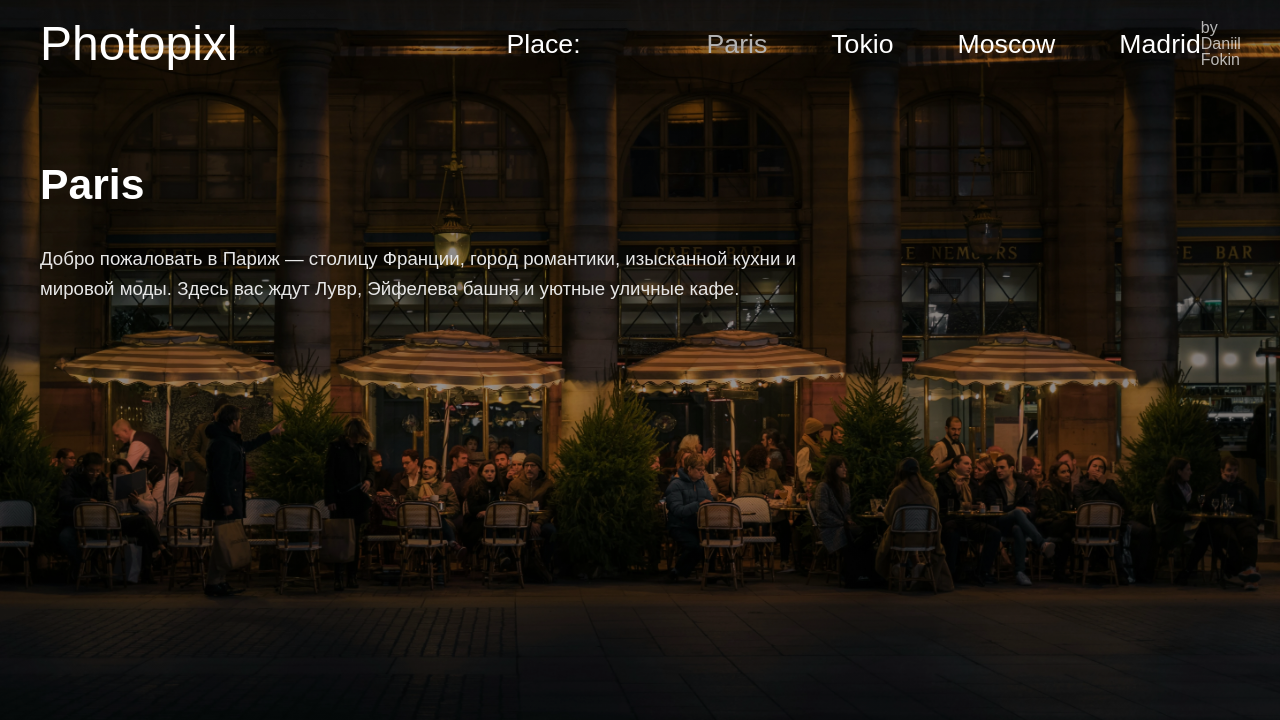
Repository: git-daniil/place-site
Page: index.html
An editor plug-in stored every save of this project. The page is shown before and after the next save, followed by the edit.
The browser window is 1280 px wide. The pictures show the whole page.
Some web fonts or font styles are not loaded; a fallback is used.

Above is the page before, as saved 2026-05-20 13:35:47.

### index.html
<!DOCTYPE html>
<html lang="ru">
<head>
    <meta charset="UTF-8">
    <meta name="viewport" content="width=device-width, initial-scale=1.0">
    <title>Photopixl — Paris</title>
    <link rel="stylesheet" href="style.css">
</head>
<body class="paris-page">

    <div class="progress-bar-container">
        <div class="progress-bar"></div>
        <div class="preloader-center-text">
            <div class="preloader-logo">Photopixl</div>
            <div class="preloader-author">by Daniil Fokin</div>
        </div>
    </div>

    <div class="page-wrapper">
        <nav class="navbar">
            <a href="index.html" class="logo">Photopixl</a>
            <div class="place-label">Place:</div>
            <div class="nav-links">
                <a href="index.html" class="city-link active">Paris</a>
                <a href="tokio.html" class="city-link">Tokio</a>
                <a href="moscow.html" class="city-link">Moscow</a>
                <a href="madrid.html" class="city-link">Madrid</a>
            </div>
            <div class="author-label">by Daniil Fokin</div>
        </nav>

        <section class="paris-bg-1 scroll-section">
            <main class="content-section anim-text">
                <h1>Paris</h1>
                <p>Добро пожаловать в Париж — столицу Франции, город романтики, изысканной кухни и мировой моды. Здесь вас ждут Лувр, Эйфелева башня и уютные уличные кафе.</p>
            </main>
        </section>

        <section class="paris-bg-2 scroll-section">
            <main class="content-section anim-text">
                <h1>Атмосфера старого города</h1>
                <p>Прогуляйтесь по Монмартру, загляните в аутентичные дворики и пройдитесь по тихим мощеным улочкам, где до сих пор витает дух старого Парижа и пахнет свежими круассанами.</p>
            </main>
        </section>

        <section class="paris-bg-3 scroll-section">
            <main class="content-section anim-text">
                <h1>Вечерние огни Сены</h1>
                <p>Когда на город опускаются сумерки, тысячи огней отражаются в воде. Прогулка на речном трамвайчике откроет для вас совершенно другой, магический Париж.</p>
            </main>
        </section>

        <section class="paris-bg-4 scroll-section">
            <main class="content-section anim-text">
                <h1>Сокровища Лувра</h1>
                <p>Один из крупнейших и величайших музеев мира хранит в себе шедевры искусства разных эпох. Проведите день среди великой истории, архитектуры и бессмертных творений.</p>
            </main>
        </section>

        <section class="paris-bg-5 scroll-section">
            <main class="content-section anim-text">
                <h1>Триумфальная арка</h1>
                <p>Величественный монумент на площади Шарля де Голля, ставший символом побед и национальной гордости Франции. Отсюда открывается один из лучших видов на Елисейские поля.</p>
            </main>
        </section>

        <section class="paris-bg-6 scroll-section">
            <main class="content-section anim-text">
                <h1>Эйфелева башня</h1>
                <p>Главный и самый узнаваемый символ не только Парижа, но и всей Франции. Её изящный силуэт восхищает в любое время суток, а вечерняя иллюминация создает ощущение настоящей сказки.</p>
            </main>
        </section>

        <section class="paris-bg-7 scroll-section">
            <main class="content-section anim-text">
                <h1>Парижский туман</h1>
                <p>Загадочные окутанные дымкой улочки раскрывают меланхоличную и кинематографичную сторону города. В такие моменты Париж кажется особенно уединенным и поэтичным.</p>
            </main>
        </section>

        <section class="paris-bg-8 scroll-section thanks-section">
            <div class="thanks-text anim-text">
                Спасибо за внимание
            </div>
        </section>
    </div>

    <script {nonce}>
        window.addEventListener('load', function() {
            const progressBar = document.querySelector('.progress-bar');
            const pageWrapper = document.querySelector('.page-wrapper');
            const progressContainer = document.querySelector('.progress-bar-container');

            progressBar.style.width = '100%';

            setTimeout(() => {
                progressContainer.style.opacity = '0';
                pageWrapper.classList.add('loaded');

                setTimeout(() => {
                    progressContainer.style.display = 'none';
                }, 400);
            }, 600);
        });

        let currentSection = 0;
        const sections = document.querySelectorAll('.scroll-section');
        let isScrolling = false;

        window.addEventListener('wheel', function(e) {
            if (!document.body.classList.contains('paris-page')) return;
            if (!document.querySelector('.page-wrapper').classList.contains('loaded')) {
                e.preventDefault();
                return;
            }

            e.preventDefault();

            if (isScrolling) return;
            if (Math.abs(e.deltaY) < 60) return;

            isScrolling = true;

            if (e.deltaY > 0) {
                if (currentSection < sections.length - 1) currentSection++;
            } else {
                if (currentSection > 0) currentSection--;
            }

            sections[currentSection].scrollIntoView({ behavior: 'smooth' });

            setTimeout(() => {
                isScrolling = false;
            }, 1000);
        }, { passive: false });

        const observer = new IntersectionObserver((entries) => {
            entries.forEach(entry => {
                if (entry.isIntersecting) {
                    entry.target.classList.add('visible');
                } else {
                    entry.target.classList.remove('visible');
                }
            });
        }, { threshold: 0.3 });

        document.querySelectorAll('.anim-text').forEach(text => {
            observer.observe(text);
        });
    </script>

</body>
</html>

### style.css
@font-face {
    font-family: 'Gilroy-Regular';
    src: local('Gilroy-Regular'), url('fonts/Gilroy-Regular.woff2') format('woff2');
    font-weight: normal;
    font-style: normal;
}
@font-face {
    font-family: 'Seenonim';
    src: local('Seenonim'), url('fonts/Seenonim.woff2') format('woff2');
    font-weight: normal;
    font-style: normal;
}

html, body {
    margin: 0;
    padding: 0;
    height: 100vh;
    overflow: hidden;
    background-color: #111111;
    font-family: Arial, sans-serif;
}

.progress-bar-container {
    position: fixed;
    top: 0;
    left: 0;
    width: 100%;
    height: 3px;
    background-color: rgba(255, 255, 255, 0.1);
    z-index: 100;
    transition: opacity 0.4s ease;
}

.progress-bar {
    width: 0%;
    height: 100%;
    background-color: #ffffff;
    transition: width 0.4s ease-out;
}

.page-wrapper {
    opacity: 0;
    transition: opacity 1.2s ease-in-out;
    height: 100vh;
    overflow: hidden;
}

.page-wrapper.loaded {
    opacity: 1;
}

.navbar {
    position: fixed;
    top: 0;
    left: 0;
    right: 0;
    display: flex;
    align-items: center;
    background: none;
    padding: 20px 40px;
    z-index: 10;
}

.logo {
    font-family: 'Gilroy-Regular', sans-serif;
    font-size: 36pt;
    color: #ffffff;
    line-height: 1;
    text-decoration: none;
}

.place-label {
    font-family: 'Seenonim', sans-serif;
    font-size: 20pt;
    color: #ffffff;
    margin-left: 269px;
    line-height: 1;
}

.nav-links {
    display: flex;
    margin-left: 126px;
}

.city-link {
    font-family: 'Seenonim', sans-serif;
    font-size: 20pt;
    color: #ffffff;
    text-decoration: none;
    line-height: 1;
}

.city-link.active {
    color: #b3b3b3;
}

.city-link:not(:last-child) {
    margin-right: 64px;
}

.author-label {
    font-family: 'Seenonim', sans-serif;
    font-size: 12pt;
    color: #ffffff;
    line-height: 1;
    margin-left: auto;
    opacity: 0.7;
}

.scroll-section {
    background-size: cover;
    background-position: center;
    background-repeat: no-repeat;
    background-attachment: fixed;
    height: 100vh;
    padding-top: 100px;
    box-sizing: border-box;
}

.paris-bg-1 {
    background-image: linear-gradient(rgba(0, 0, 0, 0.4), rgba(0, 0, 0, 0.4)), url('assets/photo/paris/paris-bg.webp');
}

.paris-bg-2 {
    background-image: linear-gradient(rgba(0, 0, 0, 0.4), rgba(0, 0, 0, 0.4)), url('assets/photo/paris/paris1.webp');
}

.paris-bg-3 {
    background-image: linear-gradient(rgba(0, 0, 0, 0.4), rgba(0, 0, 0, 0.4)), url('assets/photo/paris/paris2.webp');
}

.paris-bg-4 {
    background-image: linear-gradient(rgba(0, 0, 0, 0.4), rgba(0, 0, 0, 0.4)), url('assets/photo/paris/paris3.webp');
}

.paris-bg-5 {
    background-image: linear-gradient(rgba(0, 0, 0, 0.4), rgba(0, 0, 0, 0.4)), url('assets/photo/paris/paris4.webp');
}

.paris-bg-6 {
    background-image: linear-gradient(rgba(0, 0, 0, 0.4), rgba(0, 0, 0, 0.4)), url('assets/photo/paris/paris5.webp');
}

.paris-bg-7 {
    background-image: linear-gradient(rgba(0, 0, 0, 0.4), rgba(0, 0, 0, 0.4)), url('assets/photo/paris/paris6.webp');
}

.paris-bg-8 {
    background-image: linear-gradient(rgba(0, 0, 0, 0.5), rgba(0, 0, 0, 0.5)), url('assets/photo/paris/thanks.webp');
}

.thanks-section {
    display: flex;
    justify-content: center;
    align-items: center;
    padding-top: 0;
}

.thanks-text {
    font-family: 'Gilroy-Regular', sans-serif;
    font-size: 48pt;
    color: #ffffff;
    text-align: center;
}

.content-section {
    padding: 60px 40px;
}

.content-section h1 {
    font-size: 32pt;
    margin-top: 0;
    font-family: 'Gilroy-Regular', sans-serif;
    color: #ffffff;
}

.content-section p {
    font-size: 14pt;
    color: #e6e6e6;
    line-height: 1.6;
    max-width: 800px;
}

.anim-text {
    opacity: 0;
    transform: translateY(40px);
    transition: opacity 1s ease, transform 1s ease;
    transition-delay: 0.4s;
}

.anim-text.visible {
    opacity: 1;
    transform: translateY(0);
}

After the next save:
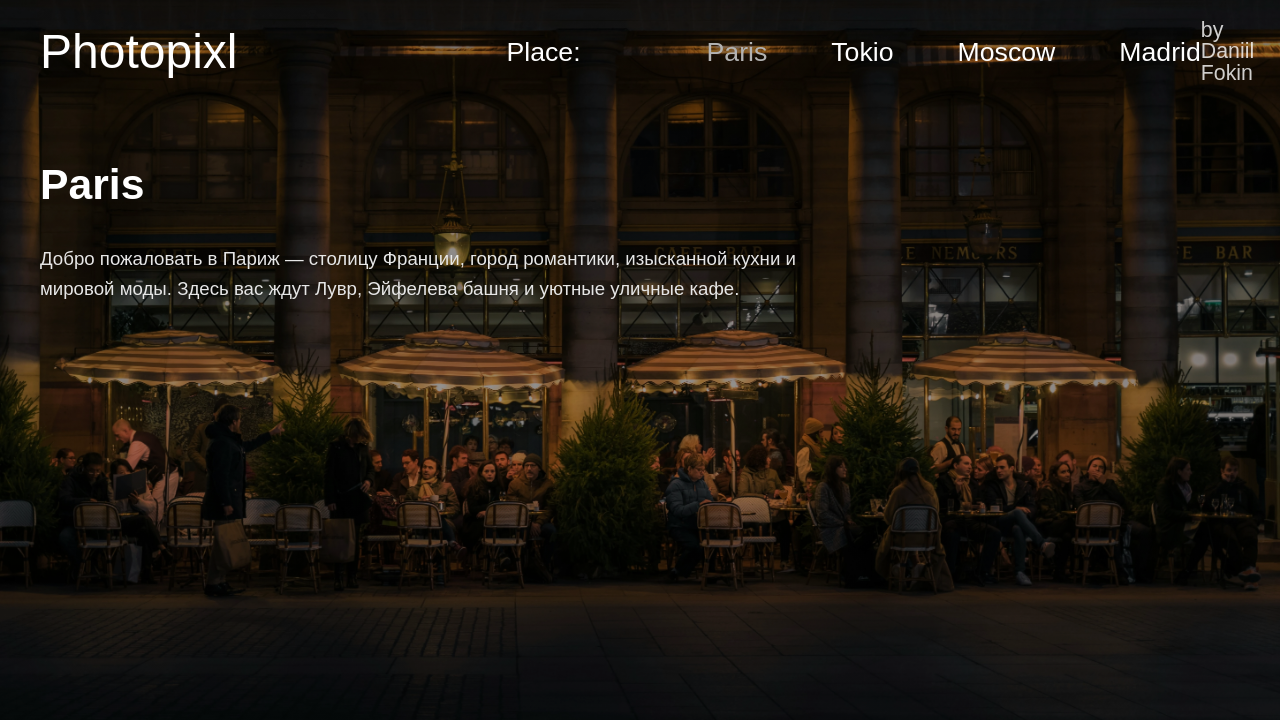
Saved 8 s later.
--- a/style.css
+++ b/style.css
@@ -11,13 +11,17 @@
     font-style: normal;
 }
 
-html, body {
+body {
     margin: 0;
     padding: 0;
+    background-color: #ffffff;
+    font-family: Arial, sans-serif;
+}
+
+body.paris-page {
     height: 100vh;
     overflow: hidden;
     background-color: #111111;
-    font-family: Arial, sans-serif;
 }
 
 .progress-bar-container {
@@ -25,58 +29,99 @@ html, body {
     top: 0;
     left: 0;
     width: 100%;
-    height: 3px;
-    background-color: rgba(255, 255, 255, 0.1);
+    height: 100vh;
+    background-color: #111111;
     z-index: 100;
     transition: opacity 0.4s ease;
+    display: flex;
+    flex-direction: column;
+    justify-content: center;
+    align-items: center;
 }
 
 .progress-bar {
+    position: absolute;
+    top: 0;
+    left: 0;
     width: 0%;
-    height: 100%;
+    height: 3px;
     background-color: #ffffff;
     transition: width 0.4s ease-out;
 }
 
+.preloader-center-text {
+    text-align: center;
+    color: #ffffff;
+}
+
+.preloader-logo {
+    font-family: 'Gilroy-Regular', sans-serif;
+    font-size: 48pt;
+    margin-bottom: 10px;
+    line-height: 1;
+}
+
+.preloader-author {
+    font-family: 'Seenonim', sans-serif;
+    font-size: 18pt;
+    opacity: 0.8;
+    line-height: 1;
+}
+
 .page-wrapper {
+    height: auto;
+}
+
+body.paris-page .page-wrapper {
     opacity: 0;
     transition: opacity 1.2s ease-in-out;
     height: 100vh;
     overflow: hidden;
 }
 
-.page-wrapper.loaded {
+body.paris-page .page-wrapper.loaded {
     opacity: 1;
 }
 
 .navbar {
+    display: flex;
+    align-items: center;
+    background: none;
+    padding: 20px 40px;
+}
+
+body.paris-page .navbar {
     position: fixed;
     top: 0;
     left: 0;
     right: 0;
-    display: flex;
-    align-items: center;
-    background: none;
-    padding: 20px 40px;
     z-index: 10;
 }
 
 .logo {
     font-family: 'Gilroy-Regular', sans-serif;
     font-size: 36pt;
-    color: #ffffff;
+    color: #000000;
     line-height: 1;
     text-decoration: none;
 }
 
+body.paris-page .logo {
+    color: #ffffff;
+}
+
 .place-label {
     font-family: 'Seenonim', sans-serif;
     font-size: 20pt;
-    color: #ffffff;
+    color: #000000;
     margin-left: 269px;
     line-height: 1;
 }
 
+body.paris-page .place-label {
+    color: #ffffff;
+}
+
 .nav-links {
     display: flex;
     margin-left: 126px;
@@ -85,12 +130,20 @@ html, body {
 .city-link {
     font-family: 'Seenonim', sans-serif;
     font-size: 20pt;
-    color: #ffffff;
+    color: #000000;
     text-decoration: none;
     line-height: 1;
 }
 
+body.paris-page .city-link {
+    color: #ffffff;
+}
+
 .city-link.active {
+    color: #8c8c8c;
+}
+
+body.paris-page .city-link.active {
     color: #b3b3b3;
 }
 
@@ -100,11 +153,41 @@ html, body {
 
 .author-label {
     font-family: 'Seenonim', sans-serif;
-    font-size: 12pt;
-    color: #ffffff;
+    font-size: 16pt;
+    color: #000000;
     line-height: 1;
     margin-left: auto;
-    opacity: 0.7;
+}
+
+body.paris-page .author-label {
+    color: #ffffff;
+    opacity: 0.8;
+}
+
+.content-section {
+    padding: 60px 40px;
+}
+
+.content-section h1 {
+    font-size: 32pt;
+    margin-top: 0;
+    font-family: 'Gilroy-Regular', sans-serif;
+    color: #000000;
+}
+
+body.paris-page .content-section h1 {
+    color: #ffffff;
+}
+
+.content-section p {
+    font-size: 14pt;
+    color: #333333;
+    line-height: 1.6;
+    max-width: 800px;
+}
+
+body.paris-page .content-section p {
+    color: #e6e6e6;
 }
 
 .scroll-section {
@@ -163,24 +246,6 @@ html, body {
     text-align: center;
 }
 
-.content-section {
-    padding: 60px 40px;
-}
-
-.content-section h1 {
-    font-size: 32pt;
-    margin-top: 0;
-    font-family: 'Gilroy-Regular', sans-serif;
-    color: #ffffff;
-}
-
-.content-section p {
-    font-size: 14pt;
-    color: #e6e6e6;
-    line-height: 1.6;
-    max-width: 800px;
-}
-
 .anim-text {
     opacity: 0;
     transform: translateY(40px);
